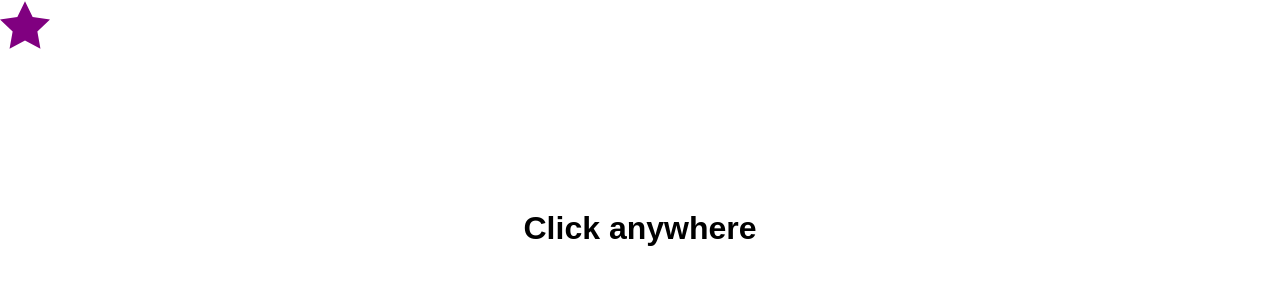
Repository: alexmaddux99/Lab3
Page: mouse-events.html
The author's editor kept a copy of each file at every save. The page is drawn from the files as they stood at one save, then again after the next save.
The browser window is 1280 px wide. The pictures show the whole page.

Above is the page before, as saved 2022-02-17 12:06:47.

After the next save:
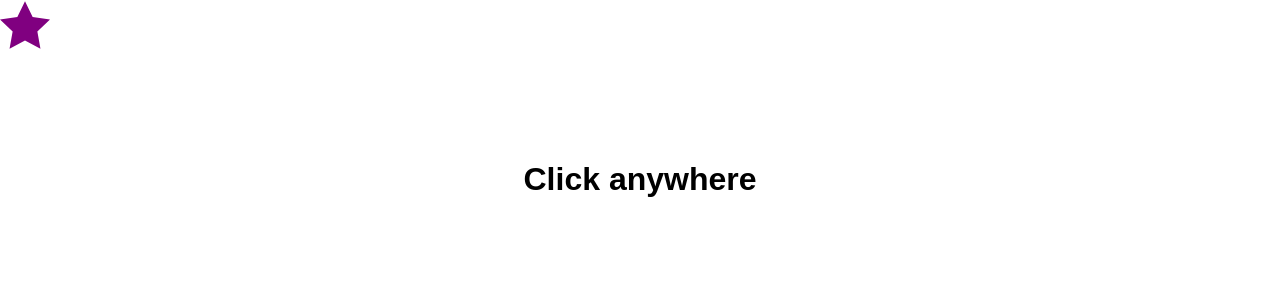
Saved 35 s later.
--- a/mouse-events.html
+++ b/mouse-events.html
@@ -13,8 +13,8 @@
         }
 
         .star {
-            height: 50px;
-            width: 50px;
+            height: 1px;
+            width: 1px;
             transition: transform 1s;
         }
 
